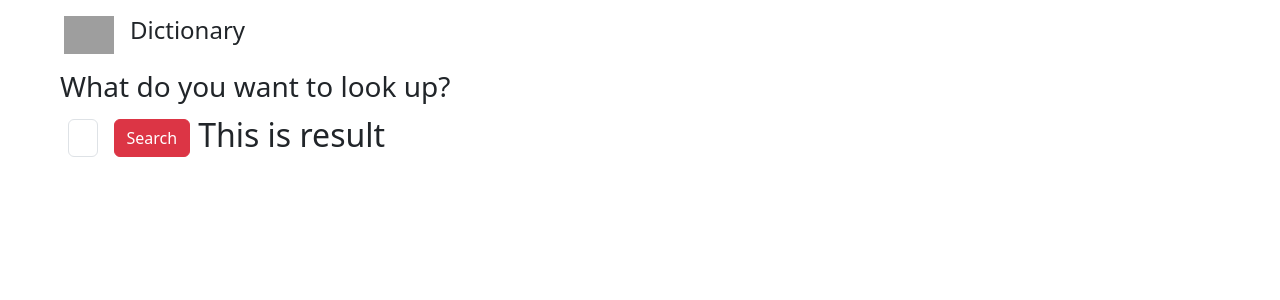
Repository: moehaymanmyint/react-dictionary-app
Page: /
The author's editor kept a copy of each file at every save. The page is drawn from the files as they stood at one save, then again after the next save.
The browser window is 1280 px wide. The pictures show the whole page.
Pictures or frames that could not be fetched are drawn as grey boxes. The page's requests for data from a server got no answer. The project was rebuilt for these pictures with package versions that can differ from the ones it lists, and the page was loaded fresh each time. No one was signed in, and anything a server would have sent is missing.

Above is the page before, as saved 2024-08-28 10:44:55.

### src/App.js
import './App.css';
import 'bootstrap/dist/css/bootstrap.css';

import Search from "./Search"

function App() {
  return (
    <div className="App">
      {/* Logo */}
      <div className='logo m-3 mx-5 d-flex align-items-center'>
        <img src="https://th.bing.com/th/id/R.1ebe3e38406a8906121c9769e62adc3e?rik=d1hISy0qiMJ7Hg&pid=ImgRaw&r=0" alt="Logo" className='mx-3'/>
        <h4>Dictionary</h4>
      </div>

      <div className='container d-flex m-3 mx-5'>
        {/* Header */}
        <div className="header">
          <Search />
        </div>

        {/* Content */}
        <div className="content mx-5" >

        </div>

      </div>
    </div>
  );
}

export default App;

### src/App.css
.App img{
    width: 50px;
}

### src/Search.js
import React, {useState} from "react";
import 'bootstrap/dist/css/bootstrap.css';
import axios from 'axios';
import Result from "./Result"

export default function Search(props){
    let [word, setWord] = useState('fountain');
    let [result, setResult] = useState(null);

    let apiUrl =  `https://api.shecodes.io/dictionary/v1/define?word=${word}&key=03aa5321feb0a48eoca7a4tede1f2bb1`;
    axios.get(apiUrl).then(handleResponse);

    function handleResponse(response){
        console.log(response);
    }

    function handleSubmit(event){
        event.preventDefault();
        alert("searching for " + word);
    }

    function updateWord(event){
        setWord(event.target.value);
    }

    return (
        <div className="Content">
            <h3>What do you want to look up?</h3>
            <div className="d-flex">
            <form onSubmit={handleSubmit} className="d-flex w-25">
                <input type="search" className="form form-control m-2" value={word} onChange={updateWord}/>
                <input type="submit" value="Search" className="btn btn-danger m-2"/>
            </form>
            <div className="meaning">
                <Result results={result} />
            </div>
            </div>
        </div>
    );
}

### src/Result.js
import React from "react";

export default function Result(props){

    return (
        <div className="Result fs-2">
            This is result
        </div>
    )
}

Loaded but not shown: public/index.html (common file); src/index.js (common file); src/index.css (common file); src/reportWebVitals.js (common file)

After the next save:
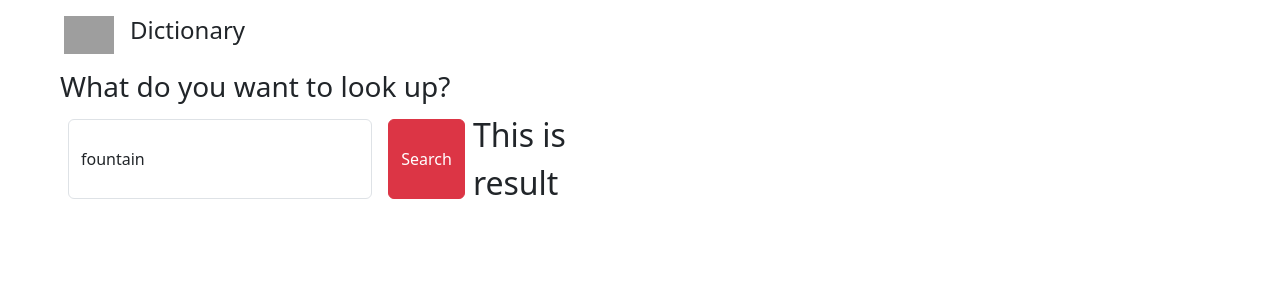
Saved 6 s later.
--- a/src/Search.js
+++ b/src/Search.js
@@ -27,7 +27,7 @@ export default function Search(props){
         <div className="Content">
             <h3>What do you want to look up?</h3>
             <div className="d-flex">
-            <form onSubmit={handleSubmit} className="d-flex w-25">
+            <form onSubmit={handleSubmit} className="d-flex w-100">
                 <input type="search" className="form form-control m-2" value={word} onChange={updateWord}/>
                 <input type="submit" value="Search" className="btn btn-danger m-2"/>
             </form>
